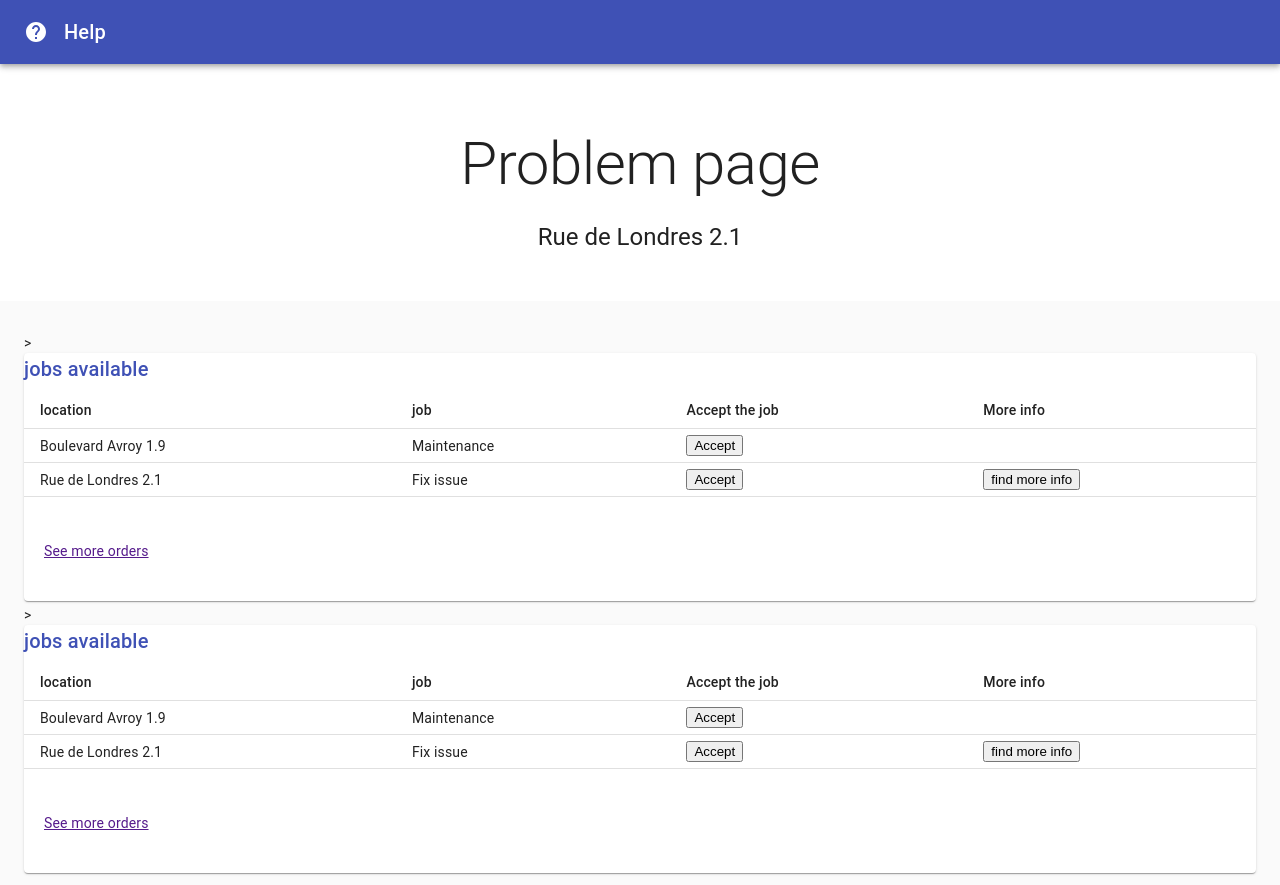
Repository: sapbrussels/intelligenthighway_webapp
Page: /Problempage (app in router/)
The author's editor kept a copy of each file at every save. The page is drawn from the files as they stood at one save, then again after the next save.
The browser window is 1280 px wide. The pictures show the whole page.
The project was rebuilt for these pictures with package versions that can differ from the ones it lists, and the page was loaded fresh each time. Also part of the build but not shown: router/src/App.css, router/src/Login.js, router/src/Maps.js, router/src/Jobspage.js, router/src/Direction.js, router/src/Maintenance.js, router/src/Help.js.

Above is the page before, as saved 2020-03-31 15:02:35.

After the next save:
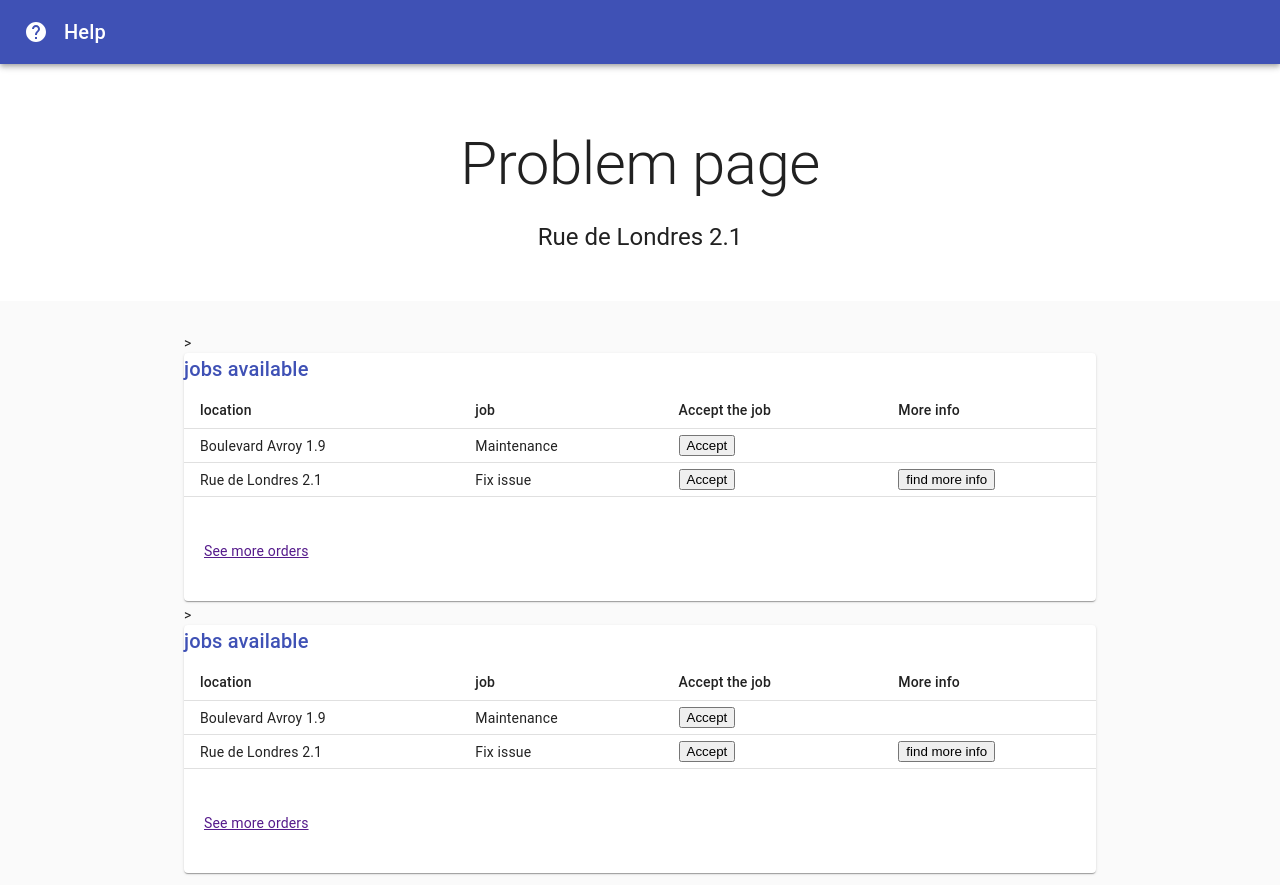
Saved 24 s later.
--- a/router/src/Problempage.js
+++ b/router/src/Problempage.js
@@ -90,7 +90,7 @@
         </div>
         <main className={classes.content}>
         <div className={classes.appBarSpacer} />
-        <Container maxWidth="lg" className={classes.container}> {/* lg */}
+        <Container maxWidth="md" className={classes.container}> {/* lg */}
           <Grid container spacing={3}>
 
             <Grid  item xs={12} > >

After the save that followed:
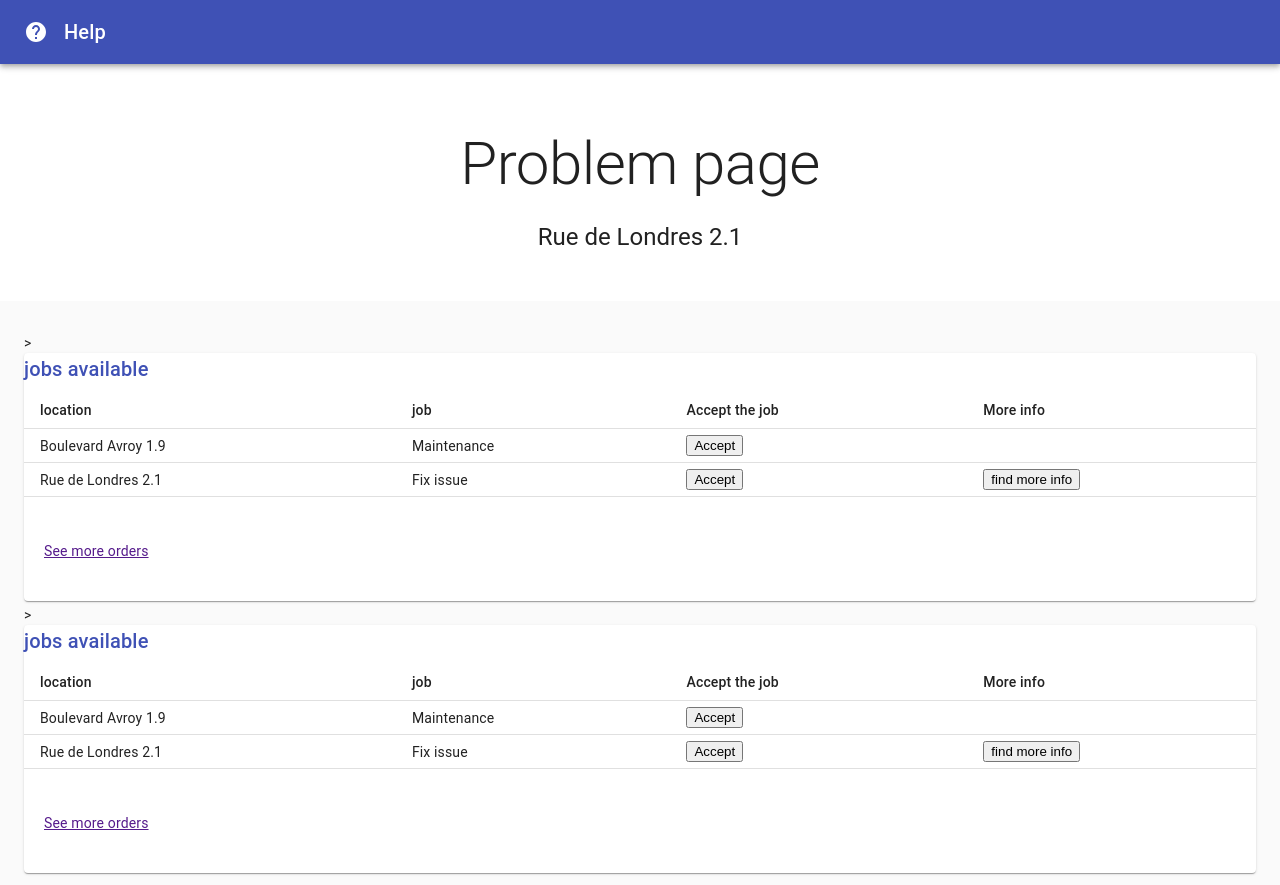
Saved 10 s later.
--- a/router/src/Problempage.js
+++ b/router/src/Problempage.js
@@ -90,7 +90,7 @@
         </div>
         <main className={classes.content}>
         <div className={classes.appBarSpacer} />
-        <Container maxWidth="md" className={classes.container}> {/* lg */}
+        <Container maxWidth="lg" className={classes.container}> {/* lg */}
           <Grid container spacing={3}>
 
             <Grid  item xs={12} > >
